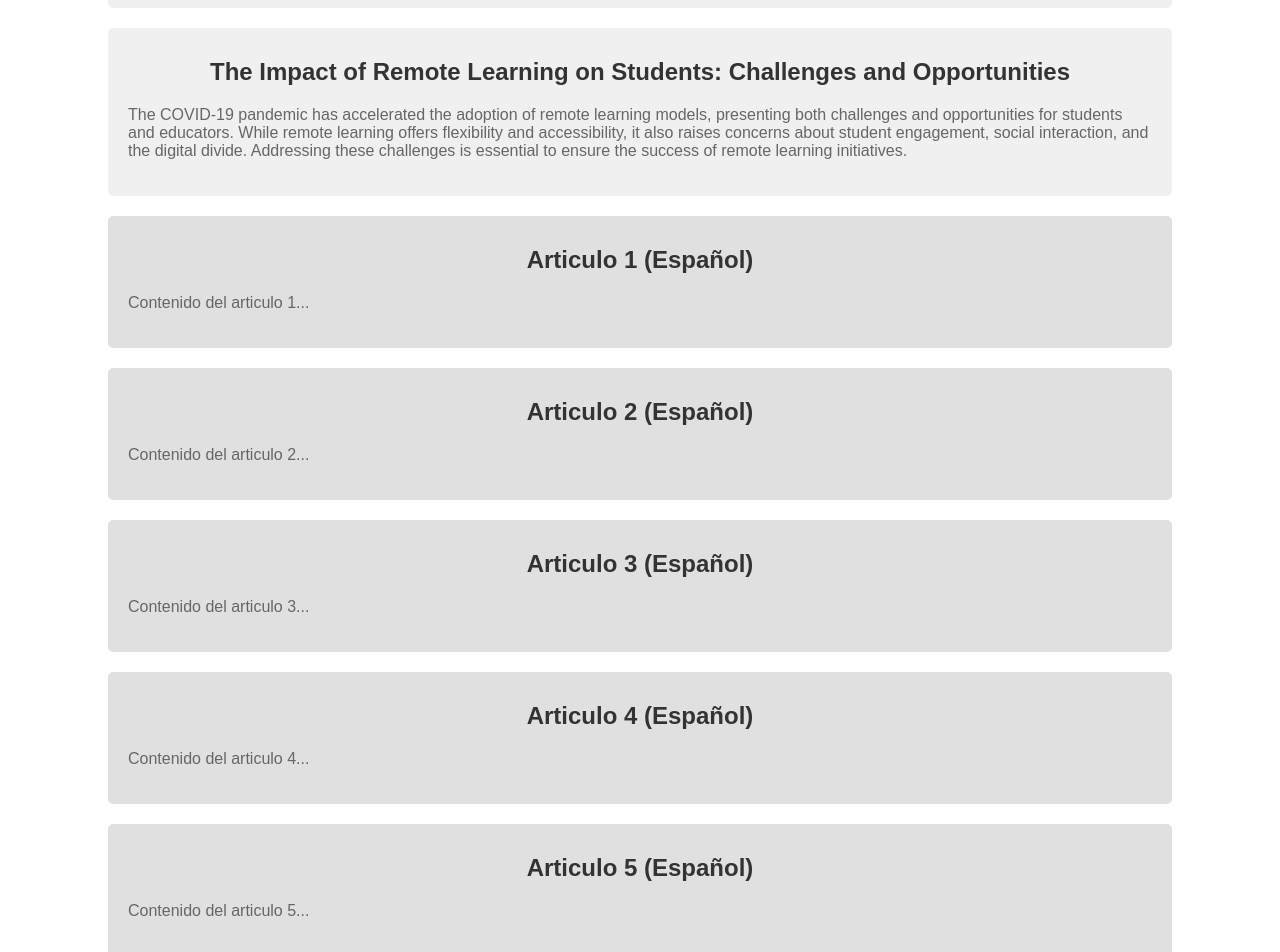
Repository: ByteFros/ramon
Page: ejercicio.html
An editor plug-in stored every save of this project. The page is shown before and after the next save, followed by the edit.
The browser window is 1280 px wide. The pictures show the part of the page from y = 850 to 1802 px (the page is 1915 px tall before and 1969 px after).
A picture or video elsewhere on the page could not be fetched, so the positions and the page height are approximate.

Above is the page before, as saved 2024-02-06 19:17:16.

After the next save:
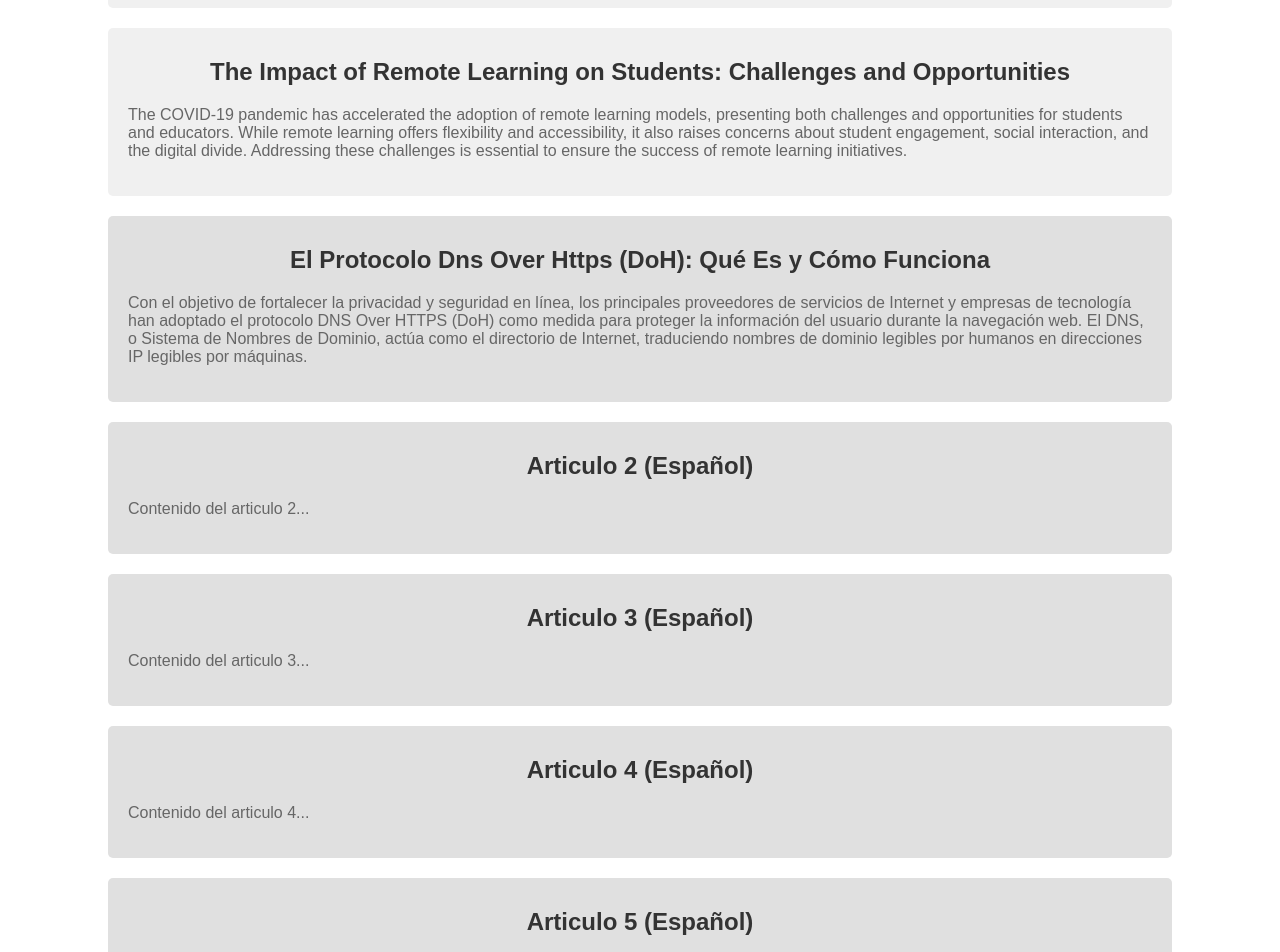
Saved 14 s later.
--- a/ejercicio.html
+++ b/ejercicio.html
@@ -79,8 +79,18 @@
     </article>
     <!-- articulos en español -->
     <article class="spanish-article">
-      <h2>Articulo 1 (Español)</h2>
-      <p>Contenido del articulo 1...</p>
+      <h2>
+        El Protocolo Dns Over Https (DoH): Qué Es y Cómo Funciona
+      </h2>
+      <p>
+        Con el objetivo de fortalecer la privacidad y seguridad en línea, los
+        principales proveedores de servicios de Internet y empresas de
+        tecnología han adoptado el protocolo DNS Over HTTPS (DoH) como medida
+        para proteger la información del usuario durante la navegación web. El
+        DNS, o Sistema de Nombres de Dominio, actúa como el directorio de
+        Internet, traduciendo nombres de dominio legibles por humanos en
+        direcciones IP legibles por máquinas.
+      </p>
     </article>
 
     <article class="spanish-article">
